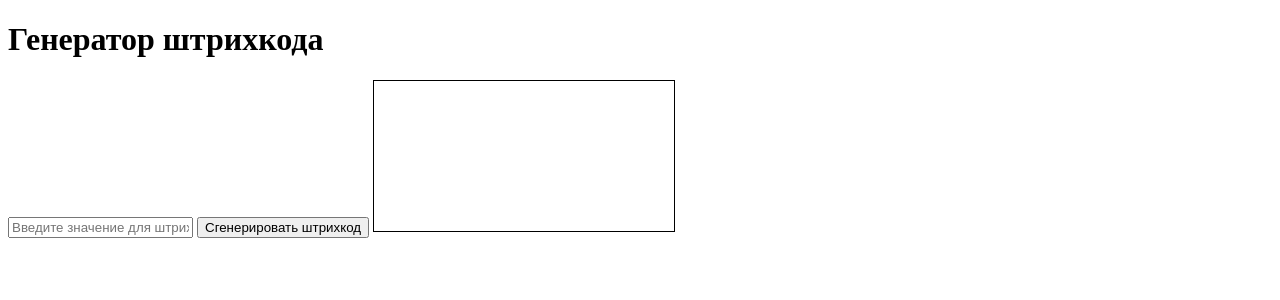
Repository: PavelBokun/barCode
Page: barcode2.html
The author's editor kept a copy of each file at every save. The page is drawn from the files as they stood at one save, then again after the next save.
The browser window is 1280 px wide. The pictures show the whole page.

Above is the page before, as saved 2024-09-02 14:00:21.

After the next save:
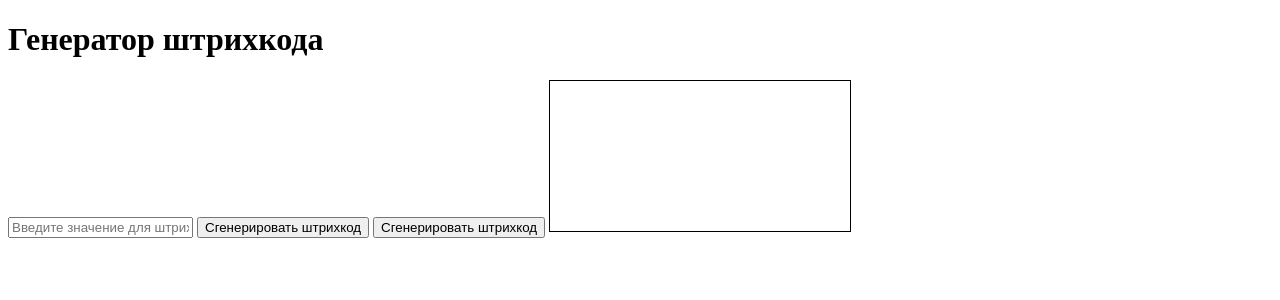
Saved 2 days later.
--- a/barcode2.html
+++ b/barcode2.html
@@ -11,6 +11,8 @@
 <h1>Генератор штрихкода</h1>
 <input type="text" id="barcodeValue" placeholder="Введите значение для штрихкода">
 <button onclick="generateBarcode()">Сгенерировать штрихкод</button>
+<button onclick="generateBarcode()">Сгенерировать штрихкод</button>
+
 <canvas id="barcode" style="border: 1px solid black;"></canvas>
 
 <script>
